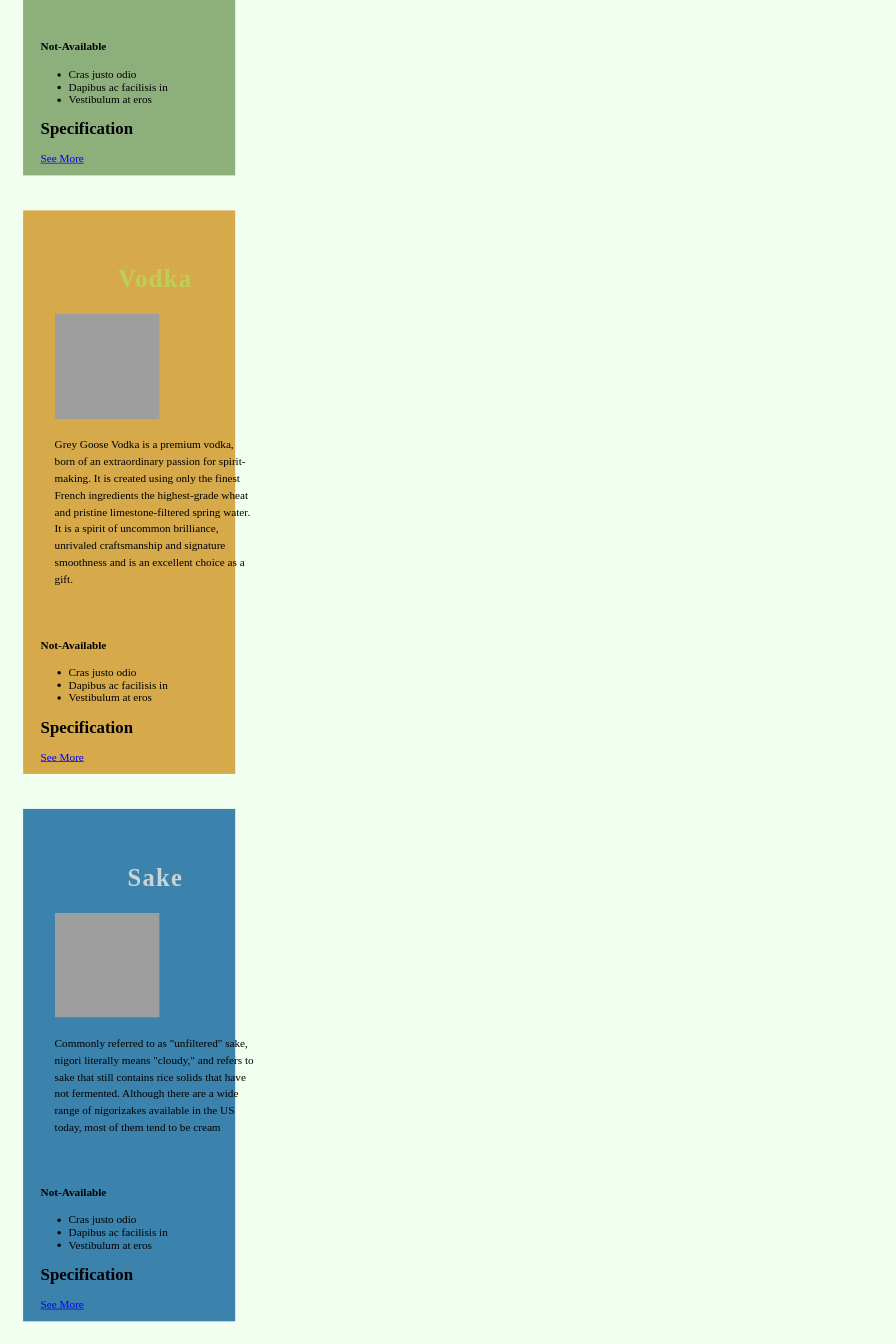
Repository: ZamlZam/REPO-11
Page: product-cards/index.html
These files come from the project's save history. The page is drawn as it stood at one moment and after the next save; the edit follows.
The browser window is 1280 px wide. The pictures show the part of the page from y = 2082 to 4002 px (the page is 4002 px tall before and 3928 px after), at 70% of full size.
Pictures or frames that could not be fetched are drawn as grey boxes.

Above is the page before, as saved 2023-04-14 20:45:17.

### product-cards/index.html
<!DOCTYPE html>
<html lang="en">
<head>
  <meta charset="UTF-8">
  <meta http-equiv="X-UA-Compatible" content="IE=edge">
  <meta name="viewport" content="width=device-width, initial-scale=1.0">
  <title>Document</title>
  <link rel="stylesheet" href="main.css">
</head>
<body>

  <div class ="wrapper">
    <div class="header"> ZamZam's Distillery</div>

  <div class="card-wrap">
    <div class="card-item">
    <div class="card1" style="width: 18rem;">
      <h2 class="whiskey">Jack Daniel</h2>
     <img src="https://www.finewinedelivery.co.nz/content/products/original/16561.jpg?width=1136" height = "150px" width="150px" alt="">
    <div class="card-body">

      <p class="card-text">Jack Daniel's is a Tennessee whiskey that has been around since the 1800s. It is the world's top-selling American whiskey and is considered very smooth.</p>
    </div>
  </div>
    <h4 class="Available">Not-Available</h4>
    <ul class="list-group list-group-flush">
      <li class="list-group-item">Cras justo odio</li>
      <li class="list-group-item">Dapibus ac facilisis in</li>
      <li class="list-group-item">Vestibulum at eros</li>
    </ul>
    <h2 class="specification">Specification</h2>
    <div class="card-body">
      <a href="#" class="btn btn-primary">See More</a>

    </div>
  </div>
  </div>
  </div>

  <div class="card-wrap2">
    <div class="card-item2">
    <div class="card2" style="width: 18rem;">
      <h2 class="tequila">Patron</h2>
     <img src="https://th.bing.com/th/id/OIP.omD1u9-5BvE0kcntTUyq4AHaGJ?pid=ImgDet&rs=1" height = "150px" width="150px" alt="">
    <div class="card-body2">

      <p class="card-text2">Patrón is a popular tequila brand, and its Silver Tequila is one of the hottest spirits on the market. Distilled in Jalisco, Mexico, from blue Weber agave, it's widely distributed and found in almost every bar and liquor store.</p>
    </div>
  </div>
    <h4 class="Available">Not-Available</h4>
    <ul class="list-group list-group-flush">
      <li class="list-group-item">Cras justo odio</li>
      <li class="list-group-item">Dapibus ac facilisis in</li>
      <li class="list-group-item">Vestibulum at eros</li>
    </ul>
    <h2 class="specification">Specification</h2>
    <div class="card-body">
      <a href="#" class="btn btn-primary">See More</a>

    </div>
  </div>
  </div>
</div>

<div class="card-wrap3">
  <div class="card-item3">
  <div class="card3" style="width: 18rem;">
    <h2 class="rum">Aguardiente</h2>
   <img src="https://s.cornershopapp.com/product-images/1050370.jpg?versionId=xuP.iP5MiWyH4wgZVeVdTTerM65pvh4C" height = "150px" width="150px" alt="">
  <div class="card-body3">

    <p class="card-text3">In Colombia, aguardiente is an anise -flavoured liqueur derived from sugar cane, popular in the Andean region. Each department of Colombia holds the rights to produce it, but aguardiente produced in one region can not be sold in another.</p>
  </div>
</div>
  <h4 class="Available">Not-Available</h4>
  <ul class="list-group list-group-flush">
    <li class="list-group-item">Cras justo odio</li>
    <li class="list-group-item">Dapibus ac facilisis in</li>
    <li class="list-group-item">Vestibulum at eros</li>
  </ul>
  <h2 class="specification">Specification</h2>
  <div class="card-body">
    <a href="#" class="btn btn-primary">See More</a>

  </div>
</div>
</div>
</div>

<div class="card-wrap4">
  <div class="card-item4">
  <div class="card4" style="width: 18rem;">
    <h2 class="Vodka">Vodka</h2>
   <img src="https://th.bing.com/th/id/OIP.A0LuDfu3pj8rYBoiSEGyLwHaNo?pid=ImgDet&rs=1" height = "150px" width="150px" alt="">
  <div class="card-body4">

    <p class="card-text4">Grey Goose Vodka is a premium vodka, born of an extraordinary passion for spirit-making. It is created using only the finest French ingredients the highest-grade wheat and pristine limestone-filtered spring water. It is a spirit of uncommon brilliance, unrivaled craftsmanship and signature smoothness and is an excellent choice as a gift.</p>
  </div>
</div>
  <h4 class="Available">Not-Available</h4>
  <ul class="list-group list-group-flush">
    <li class="list-group-item">Cras justo odio</li>
    <li class="list-group-item">Dapibus ac facilisis in</li>
    <li class="list-group-item">Vestibulum at eros</li>
  </ul>
  <h2 class="specification">Specification</h2>
  <div class="card-body">
    <a href="#" class="btn btn-primary">See More</a>

  </div>
</div>
</div>
</div>

<div class="card-wrap5">
  <div class="card-item5">
  <div class="card5" style="width: 18rem;">
    <h2 class="Sake">Sake</h2>
   <img src="https://www.wespeakwine.com/resize/Shared/Images/Product/Ohyama-Tokubetsu-Junmai-Nigori-Big-Mountain-Cloudy-Sake-500ML/ohyama_nigori_bottle.jpg?lr=t&bw=600&bh=600" height = "150px" width="150px" alt="">
  <div class="card-body5">

    <p class="card-text5">Commonly referred to as "unfiltered" sake, nigori literally means "cloudy," and refers to sake that still contains rice solids that have not fermented. Although there are a wide range of nigorizakes available in the US today, most of them tend to be cream</p>
  </div>
</div>
  <h4 class="Available">Not-Available</h4>
  <ul class="list-group list-group-flush">
    <li class="list-group-item">Cras justo odio</li>
    <li class="list-group-item">Dapibus ac facilisis in</li>
    <li class="list-group-item">Vestibulum at eros</li>
  </ul>
  <h2 class="specification">Specification</h2>
  <div class="card-body">
    <a href="#" class="btn btn-primary">See More</a>

  </div>
</div>
</div>
</div>
</body>


</html>

### product-cards/main.css
body{
  background-color:honeydew;
}

.wrapper .header {
  width: 100%;
  height: 50px;
  background: rgb(165, 88, 88);
  color: rgb(162, 190, 144);
  text-align: center;
  align-items: center;
  font-size: 30px;
  display:flex;
  justify-content: center;
  font-weight:500;
}

.card-wrap {
  padding: 25px;

  width: 20%;
  height: 100%;
  display: flex;
  justify-content: space-between;
  flex-wrap: wrap;
}

.card-wrap .card-item {
  padding: 15px 25px;
  width: 100%;
  background-color:khaki;
}

.card-wrap .card1 {
  padding: 35px 20px;
  border-radius: 5px;
  min-width: 225px;
  min-height: 300px;

}

.card-wrap .card1 img{
  margin-bottom: 5px;



}

.card-wrap .card1 .whiskey{
  color:teal;
  font-weight: 900;
  letter-spacing: 2px;
  font-size: 35px;
  white-space: nowrap;
  justify-content: center;
  text-align: center;
  align-items: center;
}

.card-wrap .card1 .card-body{
  font-style: 14px;
  line-height: 24px;
  color:black;
}

/**/

.card-wrap2 {
  padding: 25px;

  width: 20%;
  height: 100%;
  display: flex;
  justify-content: space-between;
  flex-wrap: wrap;
}

.card-wrap2 .card-item2 {
  padding: 15px 25px;
  width: 100%;
  background-color:tan;
}

.card-wrap2 .card2 {
  padding: 35px 20px;
  border-radius: 5px;
  min-width: 225px;
  min-height: 300px;

}

.card-wrap2 .card2 img{
  margin-bottom: 5px;
}

.card-wrap2 .card2 .tequila{
  color:brown;
  font-weight: 900;
  letter-spacing: 2px;
  font-size: 35px;
  white-space: nowrap;
  justify-content: center;
  text-align: center;
  align-items: center;
}

.card-wrap2 .card2 .card-body2{
  font-style: 14px;
  line-height: 24px;
  color:black;
}

/**/

.card-wrap3 {
  padding: 25px;

  width: 20%;
  height: 100%;
  display: flex;
  justify-content: space-between;
  flex-wrap: wrap;
}

.card-wrap3 .card-item3 {
  padding: 15px 25px;
  width: 100%;
  background-color:rgb(140, 175, 124);
}

.card-wrap3 .card3 {
  padding: 35px 20px;
  border-radius: 5px;
  min-width: 225px;
  min-height: 300px;

}

.card-wrap3 .card3 img{
  margin-bottom: 5px;
}

.card-wrap3 .card3 .rum{
  color:rgb(190, 207, 89);
  font-weight: 900;
  letter-spacing: 2px;
  font-size: 35px;
  white-space: nowrap;
  justify-content: center;
  text-align: center;
  align-items: center;
}

.card-wrap3 .card3 .card-body3{
  font-style: 14px;
  line-height: 24px;
  color:black;
}


/**/

.card-wrap4 {
  padding: 25px;

  width: 20%;
  height: 100%;
  display: flex;
  justify-content: space-between;
  flex-wrap: wrap;
}

.card-wrap4 .card-item4 {
  padding: 15px 25px;
  width: 100%;
  background-color:rgb(214, 170, 74);
}

.card-wrap4 .card4 {
  padding: 35px 20px;
  border-radius: 5px;
  min-width: 225px;
  min-height: 300px;

}

.card-wrap4 .card4 img{
  margin-bottom: 5px;
}

.card-wrap4 .card4 .Vodka{
  color:rgb(190, 207, 89);
  font-weight: 900;
  letter-spacing: 2px;
  font-size: 35px;
  white-space: nowrap;
  justify-content: center;
  text-align: center;
  align-items: center;
}

.card-wrap4 .card4 .card-body4{
  font-style: 14px;
  line-height: 24px;
  color:black;
}

/**/

.card-wrap5 {
  padding: 25px;

  width: 20%;
  height: 100%;
  display: flex;
  justify-content: space-between;
  flex-wrap: wrap;
}

.card-wrap5 .card-item5 {
  padding: 15px 25px;
  width: 100%;
  background-color:rgb(59, 130, 172);
}

.card-wrap5 .card5 {
  padding: 35px 20px;
  border-radius: 5px;
  min-width: 225px;
  min-height: 300px;

}

.card-wrap5 .card5 img{
  margin-bottom: 5px;
}

.card-wrap5 .card5 .Sake{
  color:rgb(202, 212, 214);
  font-weight: 900;
  letter-spacing: 2px;
  font-size: 35px;
  white-space: nowrap;
  justify-content: center;
  text-align: center;
  align-items: center;
}

.card-wrap5 .card5 .card-body5{
  font-style: 14px;
  line-height: 24px;
  color:black;
}

After the next save:
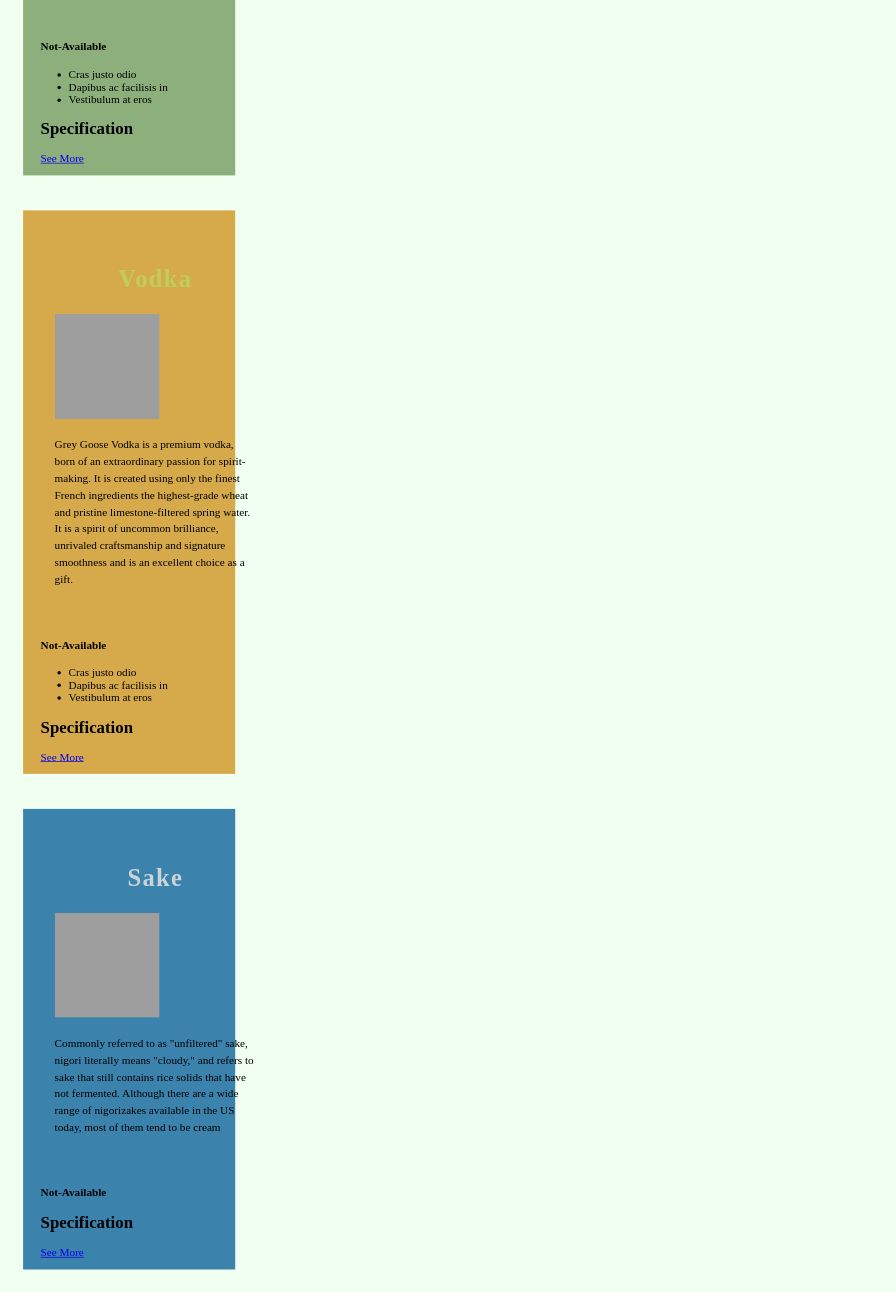
Saved 3 min 29 s later.
--- a/product-cards/index.html
+++ b/product-cards/index.html
@@ -123,12 +123,7 @@
   </div>
 </div>
   <h4 class="Available">Not-Available</h4>
-  <ul class="list-group list-group-flush">
-    <li class="list-group-item">Cras justo odio</li>
-    <li class="list-group-item">Dapibus ac facilisis in</li>
-    <li class="list-group-item">Vestibulum at eros</li>
-  </ul>
-  <h2 class="specification">Specification</h2>
+    <h2 class="specification">Specification</h2>
   <div class="card-body">
     <a href="#" class="btn btn-primary">See More</a>
 
